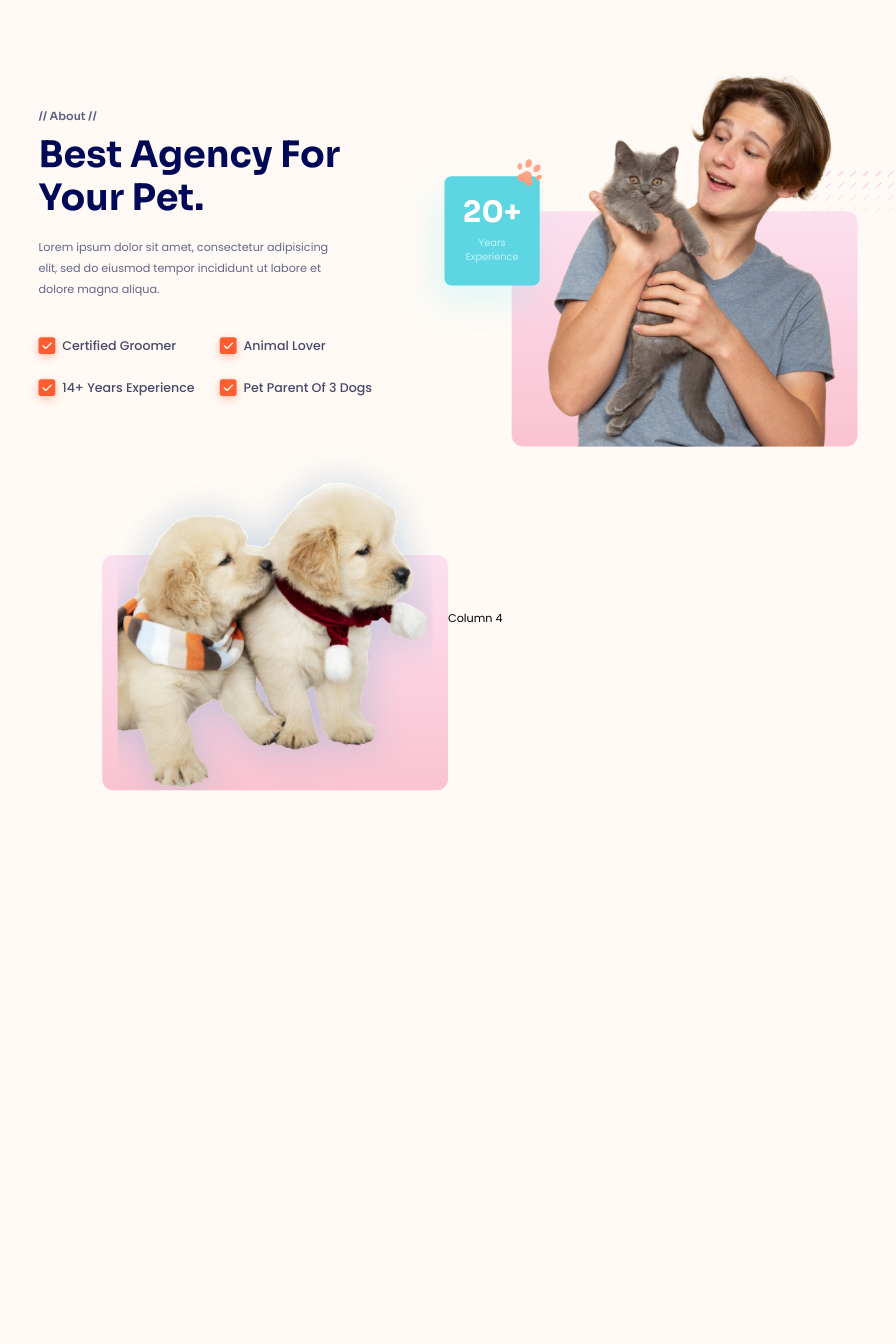
Repository: empty24062002/f8-project-05
Page: index.html
These files come from the project's save history. The page is drawn as it stood at one moment and after the next save; the edit follows.
The browser window is 1280 px wide. The pictures show the part of the page from y = 817 to 2737 px (the page is 10896 px tall), at 70% of full size.

Above is the page before, as saved 2023-09-11 10:59:25.

After the next save:
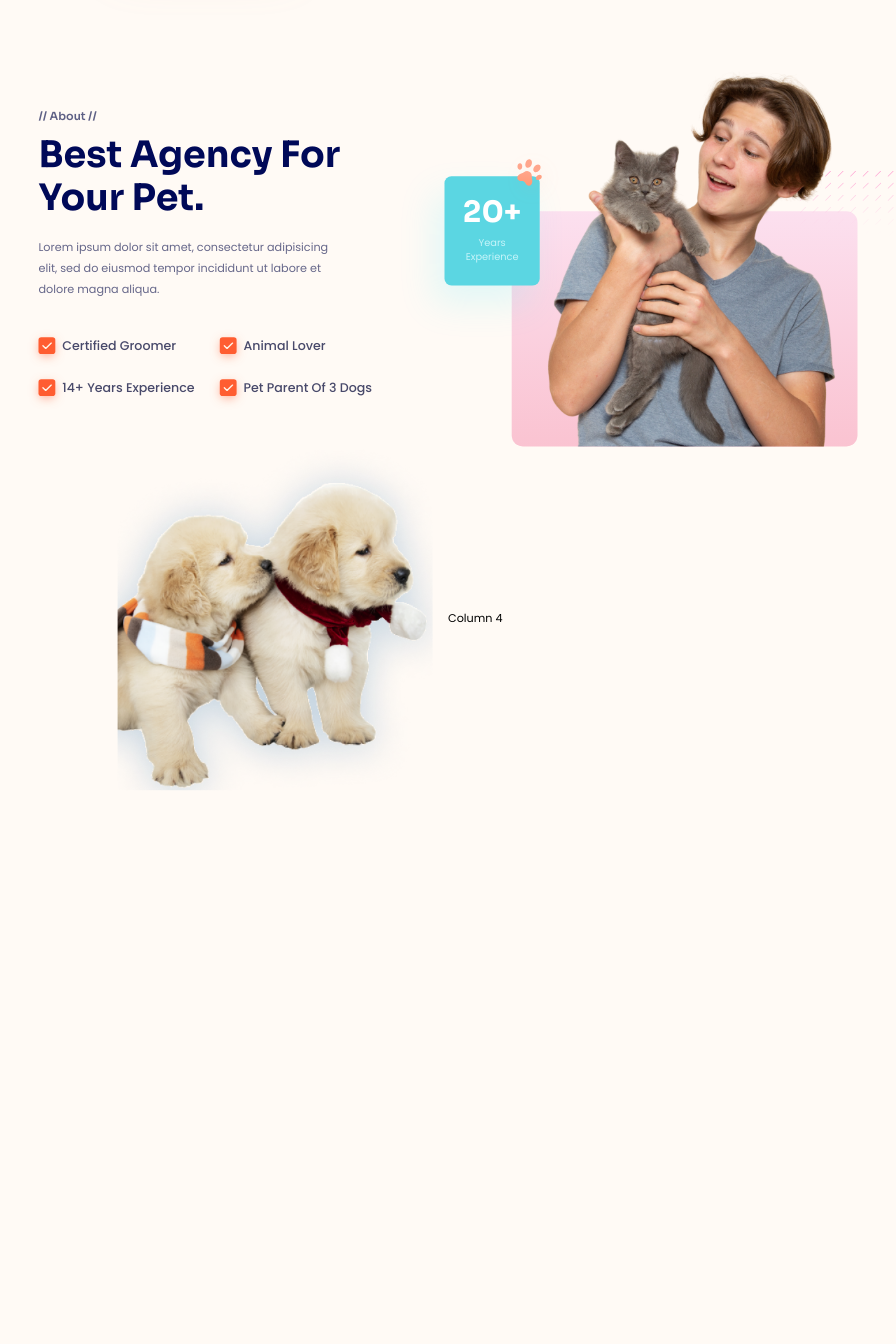
Saved 18 s later.
--- a/assets/css/styles.css
+++ b/assets/css/styles.css
@@ -422,3 +422,7 @@ a {
     right: -52px;
     z-index: -1;
 }
+
+.about__img-wrap-bottom::after {
+    content: none;
+}
